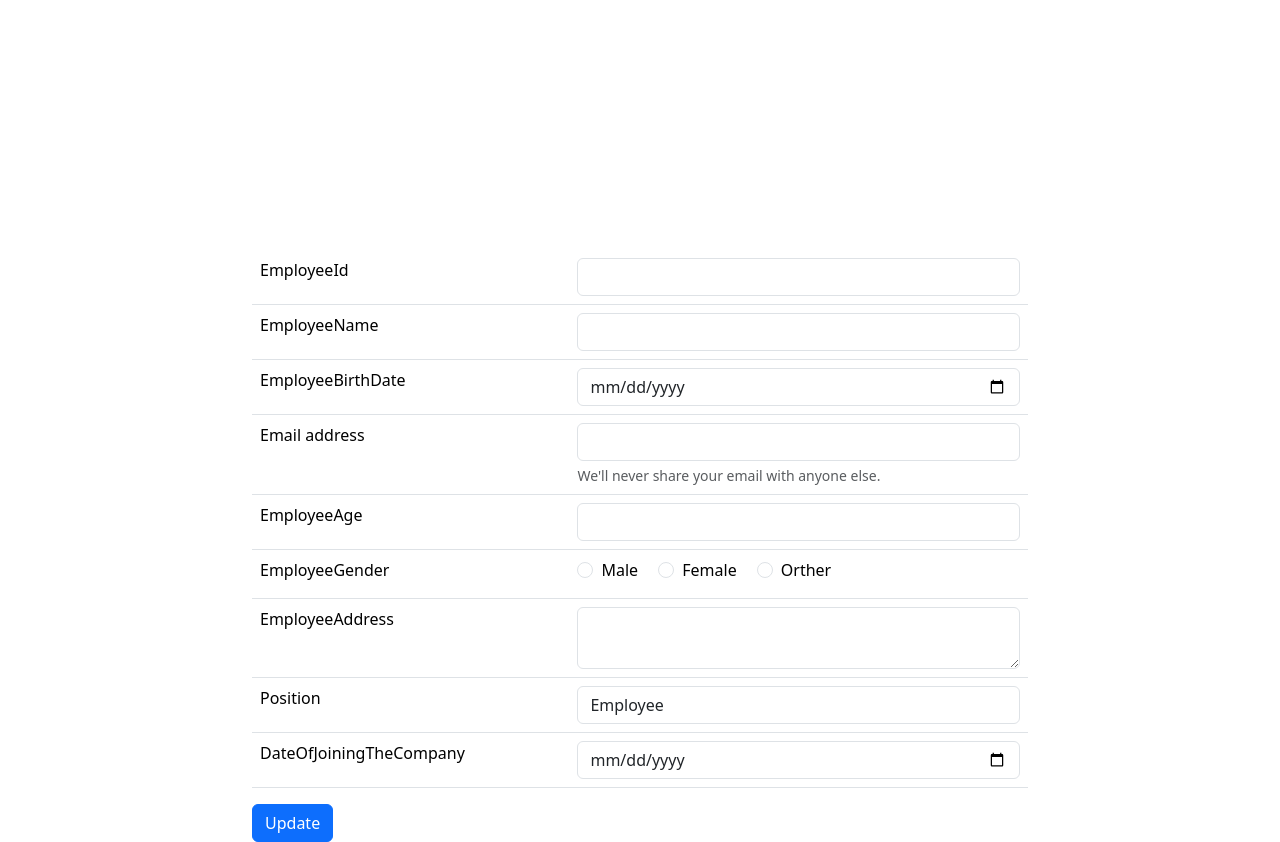
Repository: tranhuuan1703/BaiTapServlet
Page: http://localhost/bai_tap_jsp_servlet/views/Edit.jsp
An editor plug-in stored every save of this project. The page is shown before and after the next save, followed by the edit.
The browser window is 1280 px wide. The pictures show the whole page.
Some web libraries are served in a nearby version. The page is served by Tomcat 9.

Above is the page before, as saved 2024-08-09 09:49:48.

After the next save:
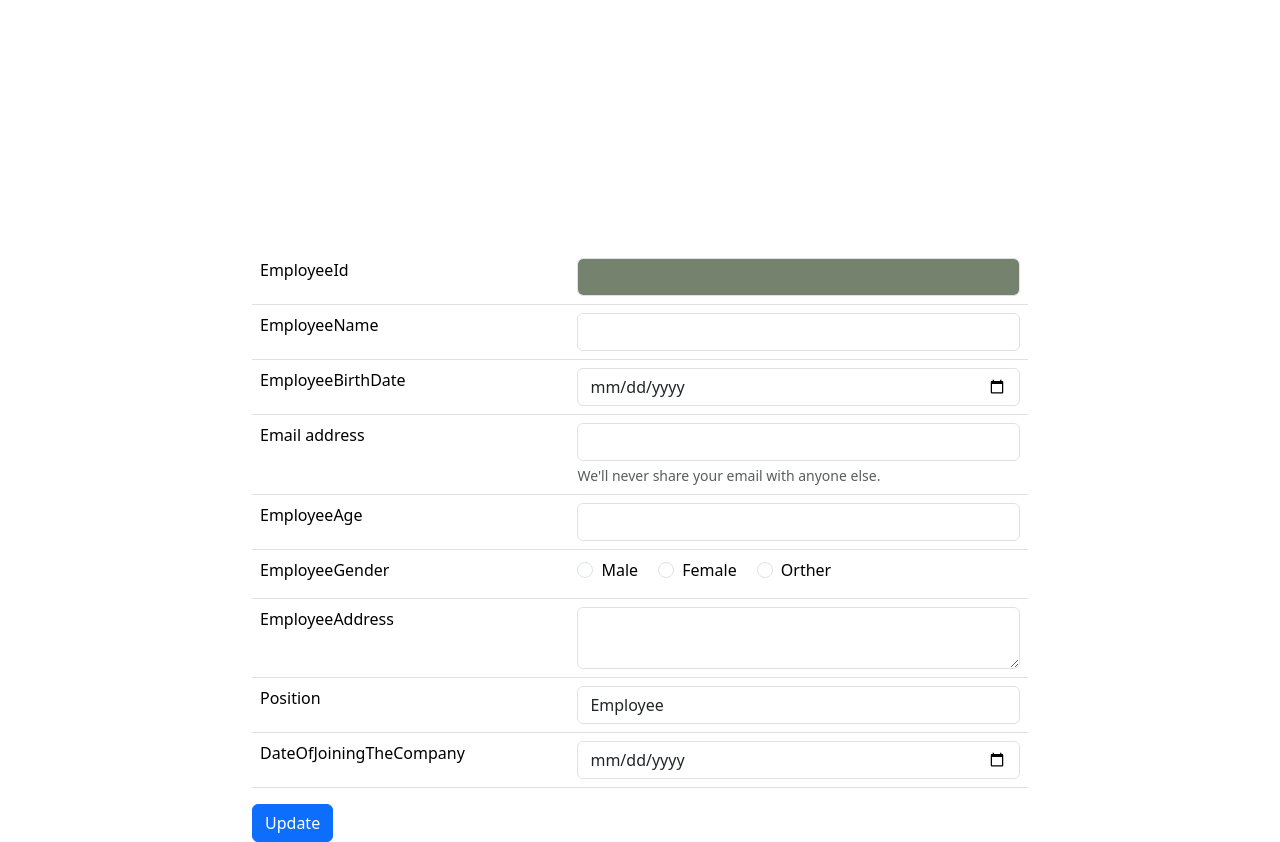
Saved 103 s later.
--- a/bai_tap_jsp_servlet/bai_tap_jsp_servlet/src/main/webapp/views/Edit.jsp
+++ b/bai_tap_jsp_servlet/bai_tap_jsp_servlet/src/main/webapp/views/Edit.jsp
@@ -22,7 +22,7 @@
               <tr>
 	               <td><label for="nameEmployee" class="form-label">EmployeeId</label></td>
 	                  <td>
-	                     <input type="text" class="form-control" id="custId" aria-describedby="emailHelp" value="${employeeInfo.employeeId}" name="Id" readonly>
+	                     <input type="text" class="form-control" id="custId" aria-describedby="emailHelp" value="${employeeInfo.employeeId}" name="Id" readonly style="background-color: #75826e;">
 	                  </td>
 	               </tr>
 
